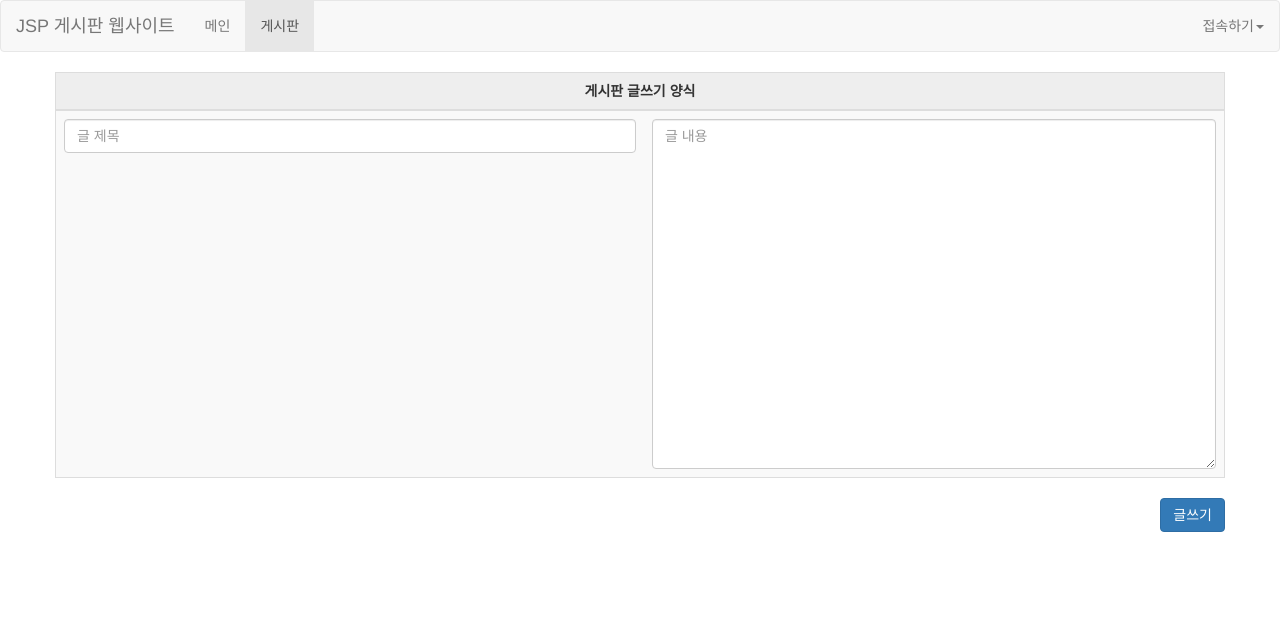
Repository: Minsu9130/JSP-
Page: http://localhost/BBS/view.jsp
An editor plug-in stored every save of this project. The page is shown before and after the next save, followed by the edit.
The browser window is 1280 px wide. The pictures show the whole page.
Some web libraries are served in a nearby version. The page is served by Tomcat 9. Other server files are loaded and not shown.

Above is the page before, as saved 2021-07-20 13:09:19.

### BBS/WebContent/view.jsp
<%@ page language="java" contentType="text/html; charset=UTF-8"
	pageEncoding="UTF-8"%>
<%@ page import="java.io.PrintWriter"%>
<!DOCTYPE html>
<html>
<head>
<meta charset="UTF-8">
<meta name="viewport" content="width=device-width" ,initial-scale="1">
<link rel="stylesheet" href="css/bootstrap.css">
<title>JSP 게시판 웹 사이트</title>
</head>
<body>
	<%
		String userID = null;
		if(session.getAttribute("userID") != null) {
			userID = (String) session.getAttribute("userID");
		}
	%>
	<nav class="navbar navbar-default">
		<div class="navbar-header">
			<button type="button" class="navbar-toggle collapsed"
				data-toggle="collapse" data-target="#bs-example-navbar-collapse-1"
				aria-expanded="false">
				<span class="icon-bar"></span> <span class="icon-bar"></span> <span
					class="icon-bar"></span>
			</button>
			<a class="navbar-brand" href="main.jsp">JSP 게시판 웹사이트</a>
		</div>
		<div class="collapse navbar-collapse"
			id="bs-example-navbar-collapse-1">
			<ul class="nav navbar-nav">
				<li><a href="main.jsp">메인</a></li>
				<li class="active"><a href="bbs.jsp">게시판</a></li>
			</ul>
			<%
				if(userID == null) {
			%>
			<ul class="nav navbar-nav navbar-right">
				<li class="dropdown"><a href="#" class="dropdown-toggle"
					data-toggle="dropdown" role="button" aria-haspopup="true"
					aria-expanded="false">접속하기<span class="caret"></span></a>
					<ul class="dropdown-menu">
						<li><a href="login.jsp">로그인</a></li>
						<li><a href="join.jsp">회원가입</a></li>
					</ul></li>
			</ul>
			<%
				}else {
			%>
				<ul class="nav navbar-nav navbar-right">
				<li class="dropdown"><a href="#" class="dropdown-toggle"
					data-toggle="dropdown" role="button" aria-haspopup="true"
					aria-expanded="false">회원관리<span class="caret"></span></a>
					<ul class="dropdown-menu">
						<li><a href="logoutAction.jsp">로그아웃</a></li>
					</ul></li>
			</ul>

			<%
				}
			%>
		</div>
	</nav>
	<div class="container">
		<div class="row">
			<form method="post" action="writeAction.jsp">
				<table class="table table-striped" style="text-align: center; border: 1px solid #dddddd">
					<thead>
						<tr>
							<th colspan="2" style="background-color: #eeeeee; text-align:center;">게시판 글쓰기 양식</th>
						</tr>
					</thead>
					<tbody>
						<tr>
							<td><input type="text" class="form-control" placeholder="글 제목" name="bbsTitle" maxlength="50"></td>
							<td><textarea type="text" class="form-control" placeholder="글 내용" name="bbsContent" maxlength="2048" style="height: 350px"></textarea></td>
						</tr>
					</tbody>
				</table>
				<input type="submit" class="btn btn-primary pull-right" value="글쓰기">
			</form>
		</div>
	</div>
	<script src="https://code.jquery.com/jquery-3.1.1.min.js"></script>
	<script src="js/bootstrap.js"></script>
</body>
</html>

Loaded but not shown: BBS/WebContent/css/bootstrap.css (library); BBS/WebContent/js/bootstrap.js (library)

After the next save:
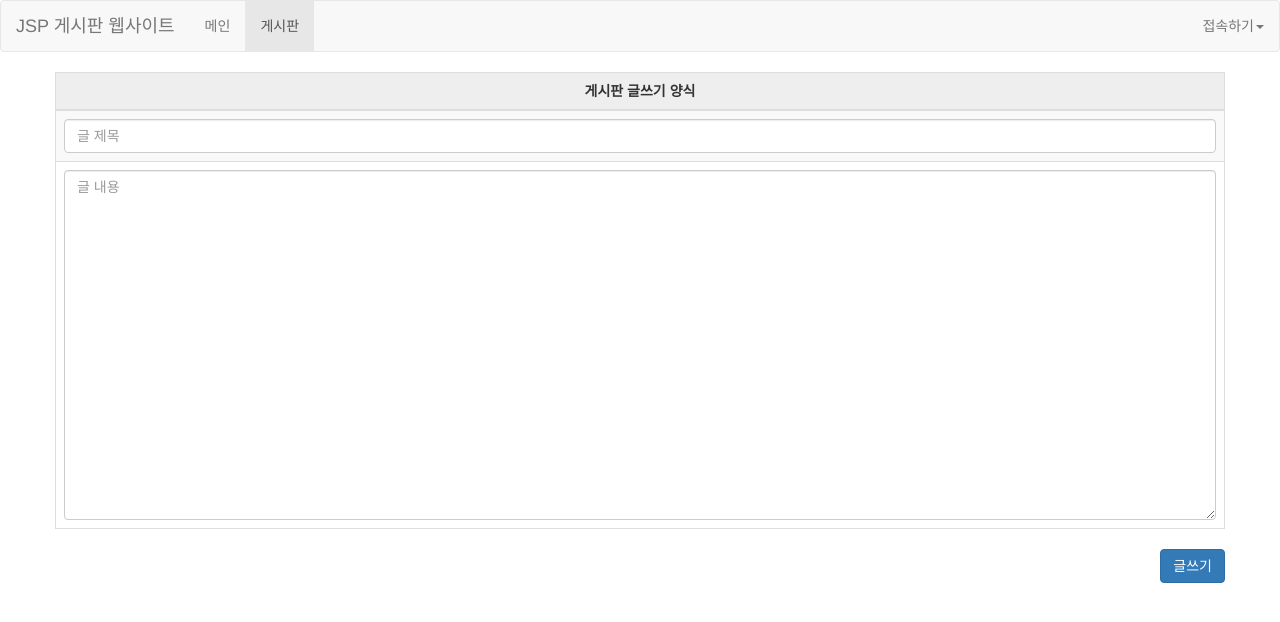
Saved 28 s later.
--- a/BBS/WebContent/view.jsp
+++ b/BBS/WebContent/view.jsp
@@ -73,7 +73,9 @@
 					<tbody>
 						<tr>
 							<td><input type="text" class="form-control" placeholder="글 제목" name="bbsTitle" maxlength="50"></td>
-							<td><textarea type="text" class="form-control" placeholder="글 내용" name="bbsContent" maxlength="2048" style="height: 350px"></textarea></td>
+						</tr>
+						<tr>
+							<td><textarea class="form-control" placeholder="글 내용" name="bbsContent" maxlength="2048" style="height: 350px"></textarea></td>
 						</tr>
 					</tbody>
 				</table>
